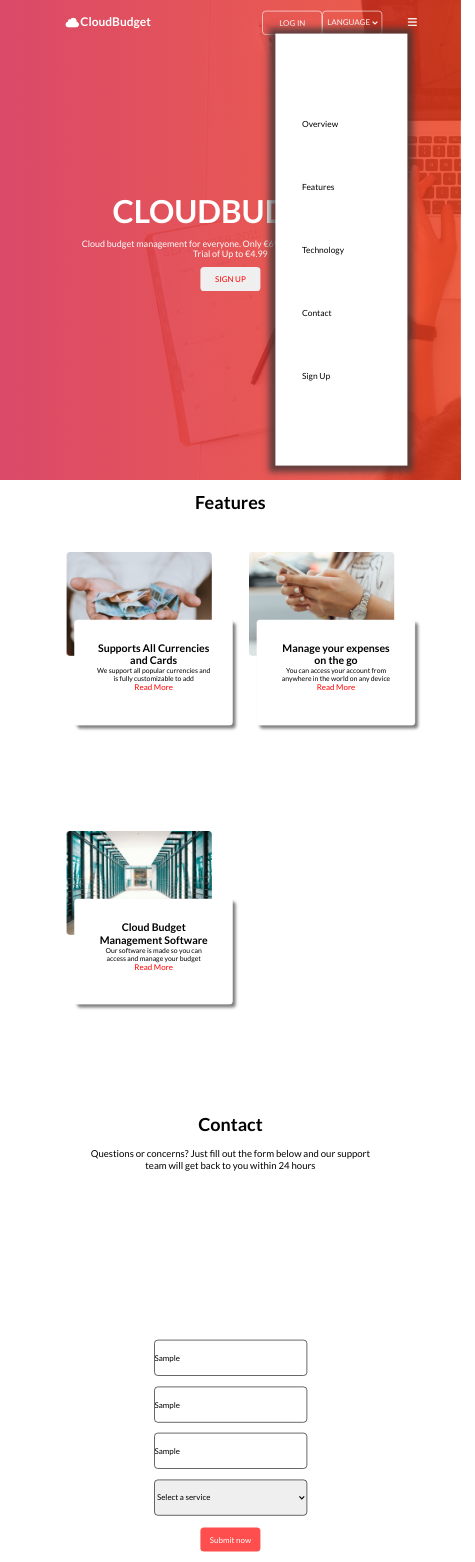
Repository: havvanurrana/website3
Page: index.html
These files come from the project's save history. The page is drawn as it stood at one moment and after the next save; the edit follows.
The browser window is 768 px wide. The page is 791 px wide, so the pictures cover 791 px, including what lies to the right of the window. The pictures show the whole page, at 60% of full size.
Empty fields were first filled with sample values (such as "Sample", 5 or name@example.com).
After loading, the first visible `#menu` was clicked once.

Above is the page before, as saved 2024-08-05 20:46:03.

### index.html
<!DOCTYPE html>
<html lang="tr">
  <head>
    <meta charset="UTF-8" />
    <meta name="viewport" content="width=device-width, initial-scale=1.0" />
    <title>CloudBudget</title>
    <link rel="stylesheet" href="style.css" />
    <link
      rel="stylesheet"
      href="https://cdnjs.cloudflare.com/ajax/libs/font-awesome/6.5.2/css/all.min.css"
      integrity="sha512-SnH5WK+bZxgPHs44uWIX+LLJAJ9/2PkPKZ5QiAj6Ta86w+fsb2TkcmfRyVX3pBnMFcV7oQPJkl9QevSCWr3W6A=="
      crossorigin="anonymous"
      referrerpolicy="no-referrer"
    />
    <link
      href="https://fonts.googleapis.com/css2?family=Lato:wght@400;700&display=swap"
      rel="stylesheet"
    />
  </head>
  <body>
    <section class="overview-section">
        <div class="linear-gradient"></div>
        <div class="content">
            <h3>CLOUDBUDGET</h3>
            <p>
                Cloud budget management for everyone. Only €69.95 a Month After a 7
                Day Trial of Up to €4.99
            </p>
            <button>SIGN UP</button>
        </div>
    </section>
    <header class="header-menu">
        <div class="markaamblem">
            <img src="assets/cloud.png" />
            <h3>CloudBudget</h3>
        </div>
        <nav class="navbar">
            <a href="#" class="navbarsect">Overview</a>
            <a href="#" class="navbarsect">Features</a>
            <a href="#" class="navbarsect">Technology</a>
            <a href="#" class="navbarsect">Contact</a>
            <a href="#" class="navbarsect">Sign Up</a>
        </nav>
        <div class="buttons">
            <button>LOG IN</button>
            <button>
                <select id="Language " name="Language">
                    <option value="">LANGUAGE</option>
                    <option value="uk">UK</option>
                    <option value="turk">Turkish</option>
                    <option value="sp">Spanish</option>
                    <option value="fr">French</option>
                </select>
            </button>
            <div id="menu" class="toggle-menu">
                <input type="checkbox" id="switch">
                <button>
                    <label for="switch" class="fas fa-bars"></label>
                </button>

            </div>
        </div>
    </header>

    <!--features kısmı -->
    <div class="featureshead">
        <h1>Features</h1>
    </div>
    <div class="features">
        <div class="featuressection">
            <div class="img">
                <img src="../assets/money.png" />
            </div>
            <div class="featurescard">
                <div>
                    <h1>Supports All Currencies and Cards</h1>
                </div>
                <div>
                    <p>
                        We support all popular currencies and is fully customizable to add
                    </p>
                </div>
                <button>Read More</button>
            </div>
      </div>
      <div class="featuressection">
          <div>
                <div class="img">
                    <img src="../assets/hand.png" />
                </div>
                <div class="featurescard">
                    <h1>Manage your expenses on the go</h1>
                        <p>
                          You can access your account from anywhere in the world on any
                          device
                        </p>
                    <button>Read More</button>
                </div>
            </div>
      </div>
          <div class="featuressection">
              <div>
                    <div class="img">
                        <img src="../assets/building.png" />
                    </div>
                    <div class="featurescard">
                          <h1>Cloud Budget Management Software</h1>
                          <p>Our software is made so you can access and manage your budget</p>
                          <button>Read More</button>
                    </div>
              </div>
          </div>
    </div>
    <!--contact kısmı-->
    <section >
        <div class="contact">
        <div class="contact-text">
            <h1>Contact</h1>
            <br><br>
            <p>
              Questions or concerns? Just fill out the form below and our support
              team will get back to you within 24 hours
            </p>
        </div>
        <div class="input">
            <input
            type="text"
            id="username"
            name="username"
            placeholder="First Name"
            />
            <input
            type="text"
            id="username"
            name="username"
            placeholder="Last Name"
            />
            <input
            type="text"
            id="username"
            name="username"
            placeholder="Phone Number"
            />

            <select id="service" name="service">
            <option value="">Select a service</option>
            <option value="service1">Service 1</option>
            <option value="service2">Service 2</option>
            <option value="service3">Service 3</option>
            <option value="service4">Service 4</option>
            </select>
            <br><br>
            <button>Submit now</button>
        </div>
    </div>
    </section>
    <script>
            document.getElementById('menu').addEventListener('click', function() {
            const navbar = document.querySelector('.header-menu .navbar');
            navbar.classList.toggle('active');
        });
    </script>
  </body>
</html>

### style.css

/* genel*/

*{
   margin:0;
   padding: 0;
   box-sizing: border-box;
   outline: none;
   border: none;
   text-decoration: none;
   font-family: Lato;
}

html {
    font-size: 62.5%;
    overflow-x: hidden;
    scroll-behavior: smooth;
    scroll-padding-top: 9rem ;
 }
h1{
   font-size: 30px;
}
 /* header menu ve  amblem ve ilk ekran cssleri*/
button{
   cursor: pointer;
}
.markaamblem{
   display: flex;
   justify-content:space-between;
   color: white;
   cursor: pointer;
}

.header-menu{
   width: 96%;
   display: flex;
   justify-content: space-between;
   align-items: center ;
   padding: 0 7%;
   margin: 2rem 7%;
   z-index: 3;
   top: 0;
   position:absolute;
}
.header-menu .markaamblem img{
   height: 3rem;
}
.header-menu .markaamblem h3{
   font-size: 20px ;
}
.header-menu .navbar a{
   margin: 0 2rem;
   font-size: 1.6rem;
   color: rgb(0, 0, 0);
   z-index: 2;
}
  .header-menu button{
   border: 1px , solid, rgb(255, 255, 255);
   border-radius: 6px;
   color:rgb(255, 255, 255);
   width: 100px;
   height: 40px;
   gap: 0px;
   background-color: transparent;
}
 .header-menu .buttons{
   padding-left: 10px;
   display: flex;
   justify-content: flex-end;
}
#menu{
   display: none;
}
.overview-section{
   min-height: 100vh;
   display: flex;
   text-align: center;
   align-items: center;
   justify-content: center;
   background:  url(../assets/image1.png)
   no-repeat;
   background-size: cover;
}

.overview-section .content {
   max-width: 60rem;
   margin: 0.5rem;
   z-index: 2;
}

.overview-section .content h3{
   font-size: 6rem;
   margin: 0.5rem;
   color: white;
}

.overview-section .content p{
   font-size: 1.7rem;
   margin: 1.5rem;
   color: white;
}

.overview-section .content button{
   border:1px;
   width: 100px;
   height: 40px;
   border-radius: 6px;
   color: red;
}

.linear-gradient{
   min-height: 100vh;
   width: 100%;
   display: flex;
   z-index: 1;
   background: linear-gradient(90deg, rgba(213, 32, 71, 0.8) 0%, rgba(238, 61, 27, 0.8) 100%);
   position: absolute;
}

.buttons select{
   background: none;
   color: white;
}

/* features kısmı*/

/* başlık*/

.featureshead{
   text-align: center;
   justify-content: center;
   margin: 1rem;
   padding: 1rem;
}

/* Kartlar*/

.features{
   display: grid;
   grid-template-columns: repeat(auto-fit, minmax(30rem, 1fr));
   margin:3rem;
   padding: 0 7%;
}
.featurescard{
   border-radius:0.6rem;
   border: 1px, solid, rgb(255, 255, 255);
   width: 30rem;
   height: 20rem;
   text-align: center;
   justify-content: center;
   align-items: center;
   padding: 4rem;
   margin: 3rem;
   background-color: white;
   transform: translate(-5%,-50%);
   box-shadow: 5px 5px 5px rgba(0, 0, 0,0.5);
}
.featuressection{
   justify-content: center;
   align-items: center;
   margin: 1rem;
   padding: 2.5rem;
}
.features img{
   width: 100%;
   object-fit: cover;
}
.featurescard h1{
   font-size: 2rem;
}
.featurescard p{
   font-size: 1.3rem;
}
.featurescard button{
   border: none;
   background-color: transparent;
   color: red;
}

/*Contact kısmı */

.contact{
   display: flex;
   flex-direction: row;
   margin: 2rem;
   justify-content: center;
}
.contact div{
   text-align: center;
   justify-content:center;
   align-items: center;
   padding: 0 8%;
   margin: 3rem;
}
.contact h1{
   font-size: 30px;
}
.contact p{
   font-size: 16px;
}
 .contact .contact-text{
   width: 30%;
   height: 40rem;
}
input{
   width: 255px;
   height: 60px;
   border: 1px, solid, black;
   border-color: rgb(0, 0, 0);
   border-radius: 6px;
   margin: 1rem;
}
.contact select{
   width: 255px;
   height: 60px;
   border: 1px, solid, black;
   border-color: rgb(0, 0, 0);
   border-radius: 6px;
   margin: 1rem;
}
.contact button{
   width: 100px;
   height: 40px;
   border-radius: 6px;
   color: white;
   background-color: rgb(254, 78, 78);
}
.contact .input{
   width: 40%;
   height: 40rem;
   align-items: center;
   justify-content: center;
   text-align: center;
}

input{
   width: 255px;
   height: 60px;
   border: 1px, solid, black;
   border-color: rgb(0, 0, 0);
   border-radius: 6px;
   margin: 1rem;
}
.contact select{
   width: 255px;
   height: 60px;
   border: 1px, solid, black;
   border-color: rgb(0, 0, 0);
   border-radius: 6px;
}
.contact button{
   width: 100px;
   height: 40px;
   border-radius: 6px;
   color: white;
   background-color: rgb(254, 78, 78);
}


/* Toggle menu ve responsive kısım */
@media (max-width: 1000px) {
   html {
       font-size: 55%;
   }
}

@media (max-width: 800px) {
   #menu {
       display: inline-block;
   }

   .header-menu .navbar {
       display: none;
       flex-direction: column;
       position: absolute;
       top: 95%;
       left: 55%;
       background-color: white;
       height: calc(100vh - 9rem);
       width: 25rem;
       right: -100%;
       transition: right 0.3s ease;
       color: black;
       justify-content: center;
       box-shadow: 0px 0px 10px 10px rgba(56, 55, 55, 0.75);
      transition: 0.3s ease;
   }

   .header-menu .navbar.active {
       display: flex;
       right: 0;
   }

   .header-menu .navbar a,
      .header-menu .navbar div {
         margin: 5rem ;
      }
   .toggle-menu button {
       background: none;
       border: none;
       color: rgb(255, 255, 255);
       font-size: 2rem;
   }
   #switch {
      display: none;
  }

   .contact {
      flex-direction: column;
      align-items: center;
   }
   .contact .contact-text,
   .contact .input {
      width: 80%;
      margin: 1rem 0;
   }
}

After the next save:
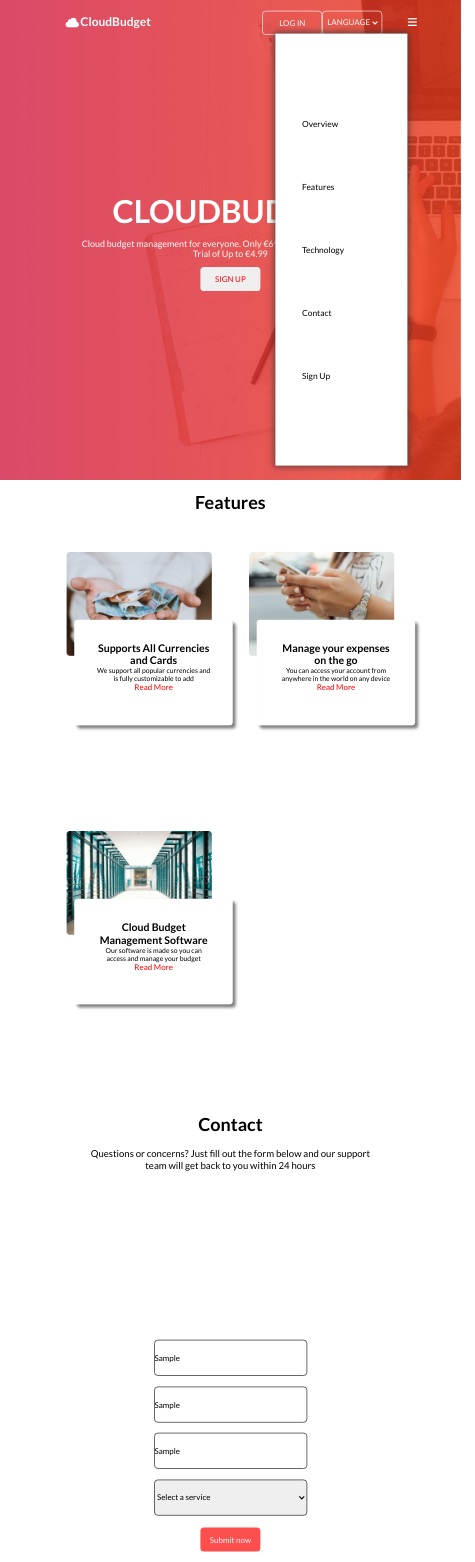
Saved 55 s later.
--- a/style.css
+++ b/style.css
@@ -282,8 +282,8 @@ input{
        transition: right 0.3s ease;
        color: black;
        justify-content: center;
-       box-shadow: 0px 0px 10px 10px rgba(56, 55, 55, 0.75);
-      transition: 0.3s ease;
+       box-shadow: 0px 0px 10px 2px rgba(56, 55, 55, 0.75);
+       transition: 0.3s ease;
    }
 
    .header-menu .navbar.active {
